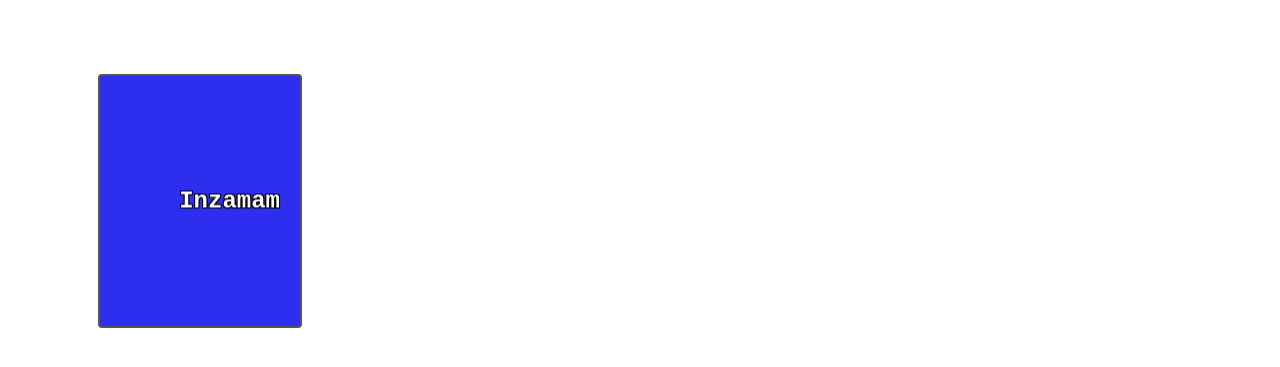
Repository: inzamamahmad3/30-Days-Of-CSS
Page: Day-2/index.html
An editor plug-in stored every save of this project. The page is shown before and after the next save, followed by the edit.
The browser window is 1280 px wide. The pictures show the whole page.

Above is the page before, as saved 2023-01-04 13:55:56.

### Day-2/index.html
<!DOCTYPE html>
<html lang="en">
  <head>
    <meta charset="UTF-8" />
    <meta http-equiv="X-UA-Compatible" content="IE=edge" />
    <meta name="viewport" content="width=device-width, initial-scale=1.0" />
    <link rel="stylesheet" href="styles.css" />
    <title>3d Card</title>
  </head>
  <body>
    <div class="cards">
      <figure class="card">
        <figcaption class="card_title">Inzamam</figcaption>
      </figure>
    </div>
  </body>
</html>

### Day-2/styles.css
body {
  padding: 50px;
}

.cards {
  perspective: 700px;
}

.card {
  width: 200px;
  height: 250px;
  background: #2e2eef;
  border: 2px solid #555555;
  border-radius: 4px;
  position: relative;
  transform-style: preserve-3d;
  will-change: transform;
  transition: transform 0.5s;
}

.card:hover {
  transform: translateZ(10px) rotateX(20deg) rotateY(20deg);
}

.card_title {
  color: #fff;
  position: absolute;
  top: 50%;
  right: 20px;
  transform: translateY(-50%);
  transition: transform 0.5s;
  font: 700 1.5rem monospace;
  text-shadow: -1px -1px 0 #000, 1px -1px 0 #000, -1px 1px 0 #000,
    1px 1px 0 #000;
}

.card:hover .card_title {
  transform: translateZ(50px);
}

After the next save:
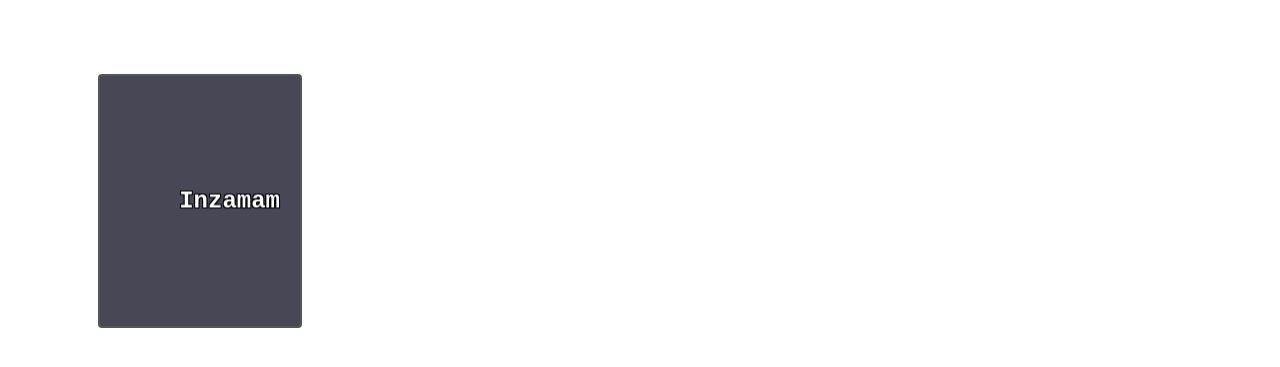
Saved 14 s later.
--- a/Day-2/styles.css
+++ b/Day-2/styles.css
@@ -9,7 +9,7 @@ body {
 .card {
   width: 200px;
   height: 250px;
-  background: #2e2eef;
+  background: #474756;
   border: 2px solid #555555;
   border-radius: 4px;
   position: relative;
